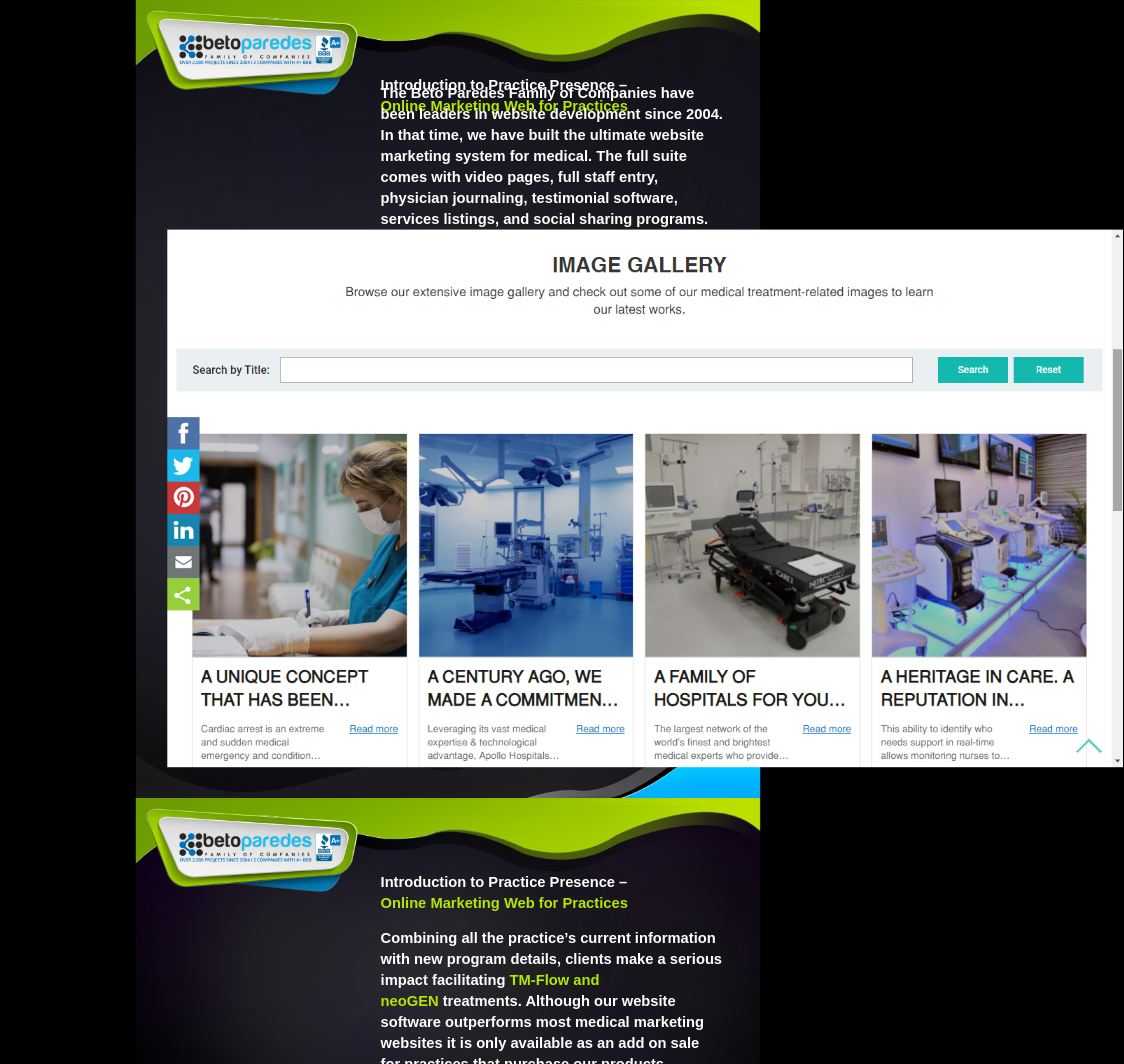
Repository: koushikbiswas/Beto_Paredes_Family_Opportunities_Intro_Deck
Page: slide29.html
These files come from the project's save history. The page is drawn as it stood at one moment and after the next save; the edit follows.
The browser window is 1280 px wide. The page is 1605 px wide, so the pictures cover 1605 px, including what lies to the right of the window. The pictures show the part of the page from y = 0 to 1520 px (the page is 2175 px tall before and 2152 px after), at 70% of full size.

Above is the page before, as saved 2021-12-21 17:46:06.

After the next save:
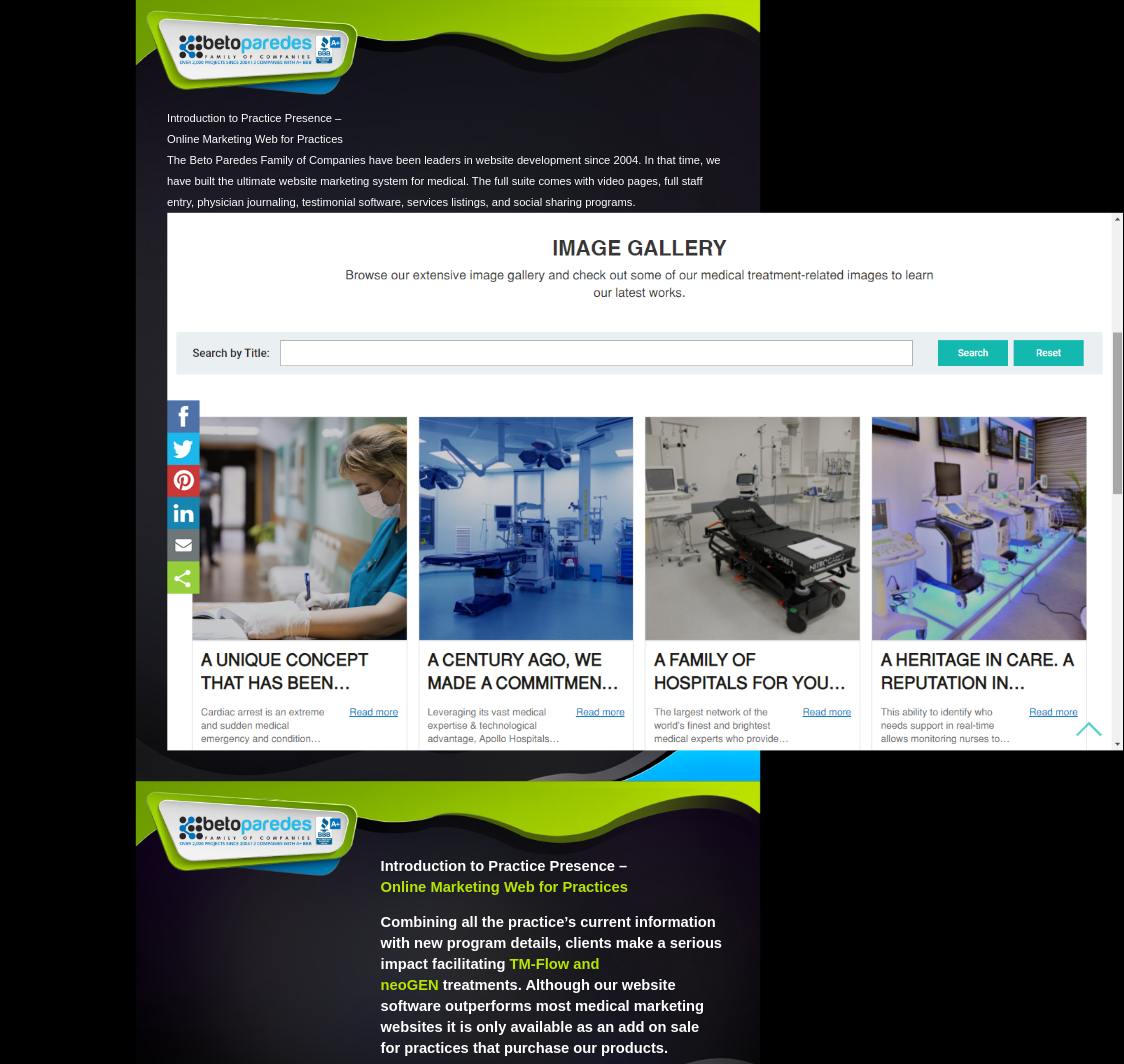
Saved 53 s later.
--- a/slide29.html
+++ b/slide29.html
@@ -9,7 +9,7 @@
 </head>
 <body>
     <!-- -----------START SLIDE 27 HTML----------- -->
-    <div class="pdfhomepagemain slide28">
+    <div class="pdfhomepagemain slide27">
         <div class="pdfmaincontainer">
             <div class="pdfheaderblock">
                 <div class="pdfheaderblockinner">

After the save that followed:
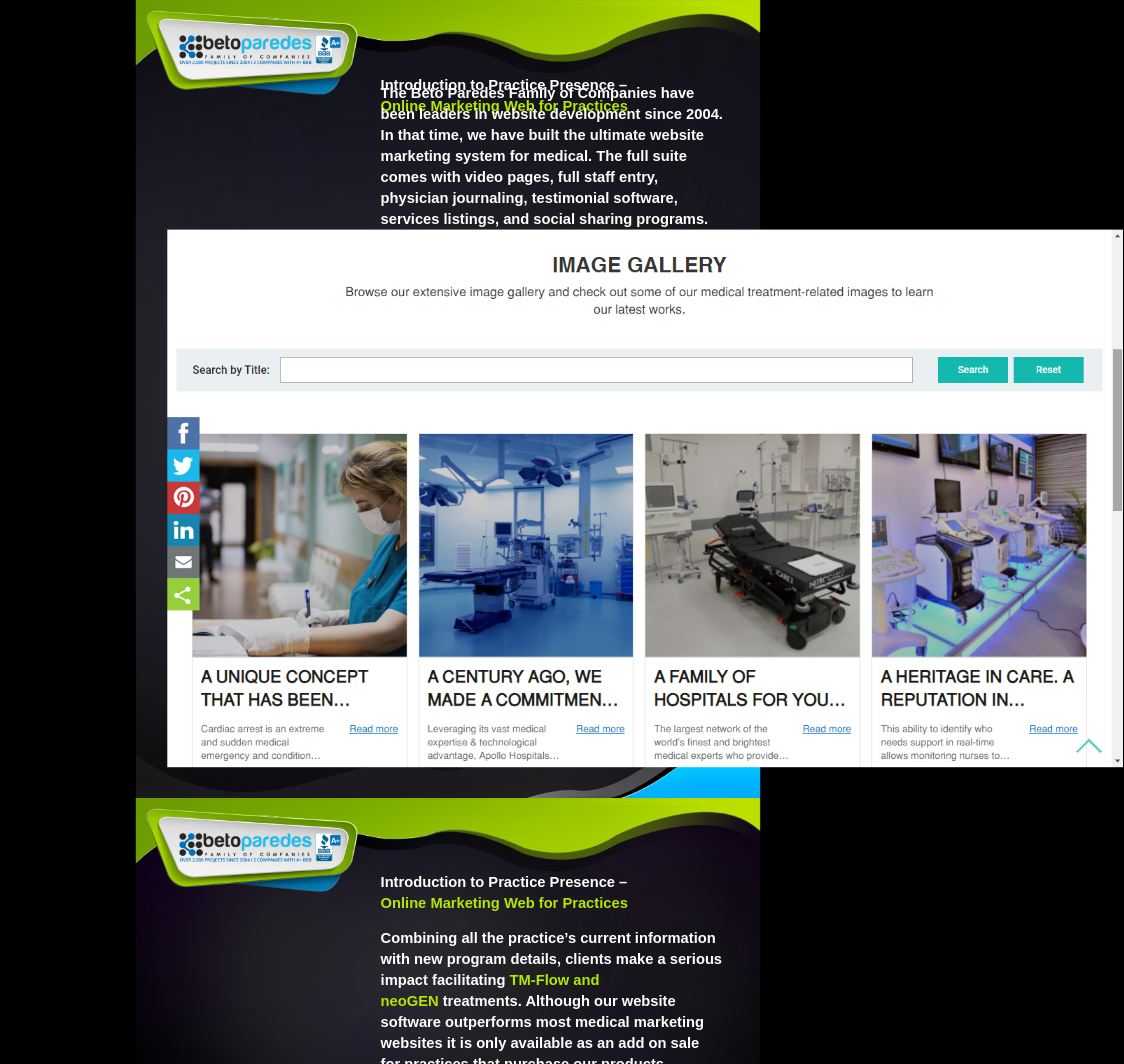
Saved 2 s later.
--- a/assets/css/slide.css
+++ b/assets/css/slide.css
@@ -29,11 +29,16 @@
 .pdfmaincontent h4{margin: 0;padding: 0;color:#fff;}
 
 
+/*-----------START SLIDE 27 CSS-----------*/
+.slide27 .pdfmaincontent p{padding-left: 38%;margin-top: -6%;font-size: 21px;font-weight: 600;line-height: 30px;}
+.slide27 .pdfmaincontent p span{color:#b6e600;}
+.slide27 .pdfmaincontent p.pdfmaincontentinnerbottom{margin-top: 20px;}
+/*-----------END SLIDE 27 CSS-----------*/
+
 /*-----------START SLIDE 28 CSS-----------*/
 .slide28 .pdfmaincontent p{padding-left: 38%;margin-top: -6%;font-size: 21px;font-weight: 600;line-height: 30px;}
 .slide28 .pdfmaincontent p span{color:#b6e600;}
 .slide28 .pdfmaincontent p.parabottom{margin-top: 20px;margin-bottom: 46px;}
-
 /*-----------END SLIDE 28 CSS-----------*/
 
 /*-----------START SLIDE 29 CSS-----------*/
